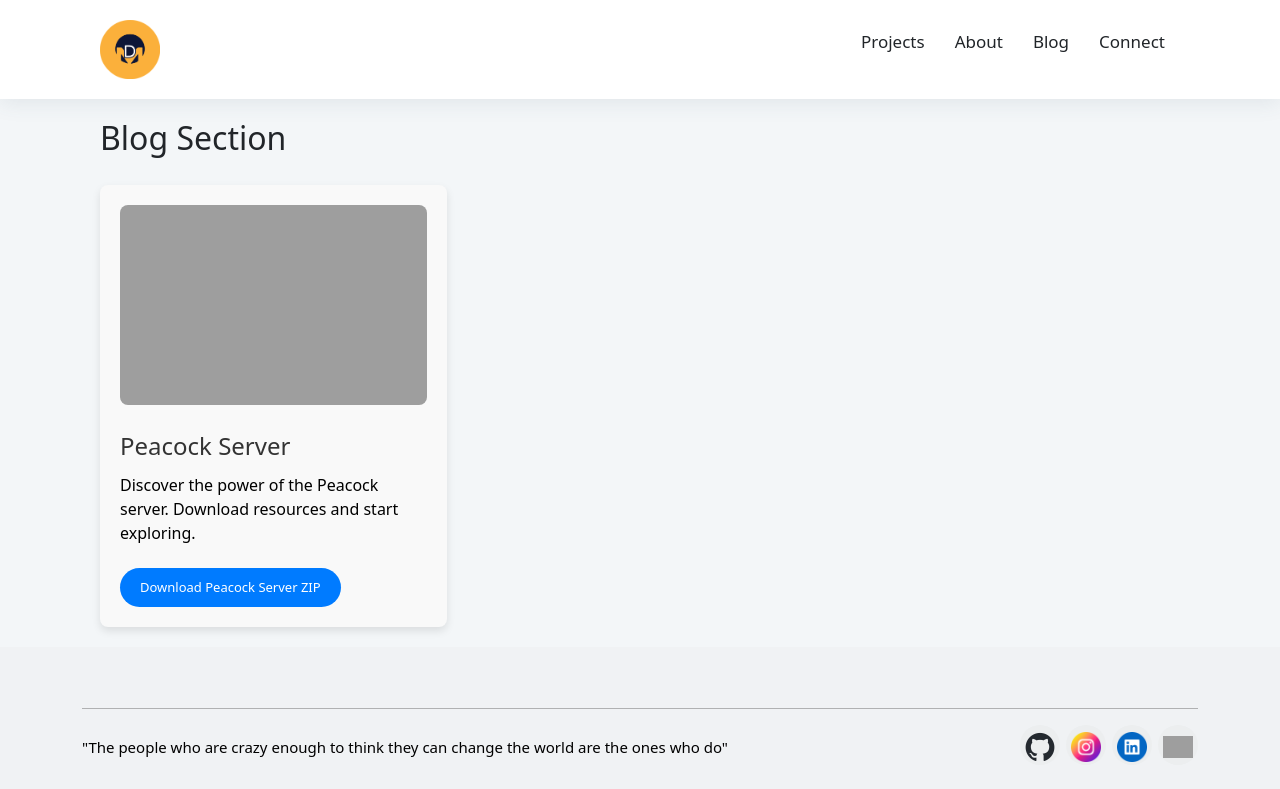
Repository: kaizoku010/firebrand
Page: /blog
An editor plug-in stored every save of this project. The page is shown before and after a run of saves, followed by the edit.
The browser window is 1280 px wide. The pictures show the whole page.
Pictures or frames that could not be fetched are drawn as grey boxes. The project was rebuilt for these pictures with package versions that can differ from the ones it lists, and the page was loaded fresh each time. Also part of the build but not shown: vite.config.js, src/update/homescreen.js, src/update/about.css, src/components/chips.css, src/components/chips.js, src/update/about.js, src/dataPoint/AllProjects.js, src/update/appsPage.js and 2 more.

Above is the page before, as saved 2024-11-11 11:56:07.

### public/index.html
<!DOCTYPE html>
<html lang="en">
  <head>
    <meta charset="utf-8" />
    <link rel="icon" href="%PUBLIC_URL%/logo.ico" />
    <meta name="viewport" content="width=device-width, initial-scale=1" />
    <meta name="theme-color" content="#000000" />
    <meta
      name="description"
      content="Welcome to Firebrand, Home of Dixon Muneza"
    />
    <link rel="apple-touch-icon" href="%PUBLIC_URL%/logo.png" />
    <!--
      manifest.json provides metadata used when your web app is installed on a
      user's mobile device or desktop. See https://developers.google.com/web/fundamentals/web-app-manifest/
    -->
    <link rel="manifest" href="%PUBLIC_URL%/manifest.json" />
    <!--
      Notice the use of %PUBLIC_URL% in the tags above.
      It will be replaced with the URL of the `public` folder during the build.
      Only files inside the `public` folder can be referenced from the HTML.

      Unlike "/favicon.ico" or "favicon.ico", "%PUBLIC_URL%/favicon.ico" will
      work correctly both with client-side routing and a non-root public URL.
      Learn how to configure a non-root public URL by running `npm run build`.
    -->
    <title>Dixon Muneza</title>
    <!-- Global site tag (gtag.js) - Google Analytics -->
<script async src="https://www.googletagmanager.com/gtag/js?id=G-C8GX9VTJ6W"></script>
<script>
  window.dataLayer = window.dataLayer || [];
  function gtag(){dataLayer.push(arguments);}
  gtag('js', new Date());

  gtag('config', 'G-C8GX9VTJ6W');
</script>
  </head>
  <body>
    <noscript>You need to enable JavaScript to run this app.</noscript>
    <div id="root"></div>
    <!--
      This HTML file is a template.
      If you open it directly in the browser, you will see an empty page.

      You can add webfonts, meta tags, or analytics to this file.
      The build step will place the bundled scripts into the <body> tag.

      To begin the development, run `npm start` or `yarn start`.
      To create a production bundle, use `npm run build` or `yarn build`.
    -->
  </body>
</html>

### src/App.js
import React from 'react'
import 'bootstrap/dist/css/bootstrap.css'
import './App.css'
import { BrowserRouter as Router, Routes, Route } from 'react-router-dom'
import Header from './update/header.js'
import HomeScreen from '././update/homescreen.js'
import AboutDixon from '././update/about.js'
import AppPage from './update/appsPage.js'
import Blog from './update/blog.js'
import Footer from '././update/footer.js'
import Connect from './update/connect'


function App () {
  return (
    <Router>
      <div className=''>
      <Header/>
      <Routes>

       <Route path='/' element={<HomeScreen />} />
          <Route path="/apps" element={<AppPage />} />
          <Route path="/about" element={<AboutDixon />} />
          <Route path="/blog" element={<Blog />} />
          <Route path="/connect" element={<Connect />} />

     </Routes>
        <Footer/>
      </div>

    </Router>
  )
}

export default App

### src/App.css
body {
  -webkit-font-smoothing: antialiased;
  background-color: #f3f6f8;
  margin-top: 0px;
  font-family:  ui-sans-serif,system-ui,-apple-system,BlinkMacSystemFont,Segoe UI,Roboto,Helvetica Neue,Arial,Noto Sans,sans-serif,apple color emoji,segoe ui emoji,Segoe UI Symbol,noto color emoji;
;
}

.content{
display: none !important;
}

a {
  text-decoration: none;
  color: #5747ff !important;
}

@media only screen and (max-width: 900px) {
  .holder__ {
    text-align: center;
    padding: 20px;
  }
}

.thumb-lg {
  height: 88px;
  width: 88px;
}
.profile-user-box {
  position: relative;
  border-radius: 5px;
}
.bg-custom {
  /*background-color: #02c0ce !important;  */
  background-color: #02191b !important;
  /* 02191b */
}
.profile-user-box {
  position: relative;
  border-radius: 5px;
}

.card-box {
  padding: 20px;
  position: sticky;
  border-radius: 3px;
  margin-bottom: 30px;
  z-index: 1;
  top: 0;
  background-color: #fff;
}
.inbox-widget .inbox-item img {
  width: 40px;
}

.inbox-widget .inbox-item {
  border-bottom: 1px solid #f3f6f8;
  overflow: hidden;
  padding: 10px 0;
  position: relative;
}

.inbox-widget .inbox-item .inbox-item-img {
  display: block;
  float: left;
  margin-right: 15px;
  width: 40px;
}

.inbox-widget .inbox-item img {
  width: 40px;
}

.inbox-widget .inbox-item .inbox-item-author {
  color: #313a46;
  display: block;
  margin: 0;
}

.inbox-widget .inbox-item .inbox-item-text {
  color: #98a6ad;
  display: block;
  font-size: 14px;
  margin: 0;
}

.inbox-widget .inbox-item .inbox-item-date {
  color: #98a6ad;
  font-size: 11px;
  position: absolute;
  right: 7px;
  top: 12px;
}

.comment-list .comment-box-item {
  position: relative;
}

.comment-list .comment-box-item .commnet-item-date {
  color: #98a6ad;
  font-size: 11px;
  position: absolute;
  right: 7px;
  top: 2px;
}

.comment-list .comment-box-item .commnet-item-msg {
  color: #313a46;
  display: block;
  margin: 10px 0;
  font-weight: 400;
  font-size: 15px;
  line-height: 24px;
}

.comment-list .comment-box-item .commnet-item-user {
  color: #98a6ad;
  display: block;
  font-size: 14px;
  margin: 0;
}

.comment-list a + a {
  margin-top: 15px;
  display: block;
}

.ribbon-box .ribbon-primary {
  background: #2d7bf4;
}

.ribbon-box .ribbon {
  position: relative;
  float: left;
  clear: both;
  padding: 5px 12px 5px 12px;
  margin-left: -30px;
  margin-bottom: 15px;
  font-family: Rubik, sans-serif;
  -webkit-box-shadow: 2px 5px 10px rgba(49, 58, 70, 0.15);
  -o-box-shadow: 2px 5px 10px rgba(49, 58, 70, 0.15);
  box-shadow: 2px 5px 10px rgba(49, 58, 70, 0.15);
  color: #fff;
  font-size: 13px;
}
.text-custom {
  color: #949797 !important;
}

.badge-custom {
  background: #02c0ce;
  color: #fff;
}
.badge {
  font-family: Rubik, sans-serif;
  -webkit-box-shadow: 0 0 24px 0 rgba(0, 0, 0, 0.06),
    0 1px 0 0 rgba(0, 0, 0, 0.02);
  box-shadow: 0 0 24px 0 rgba(0, 0, 0, 0.06), 0 1px 0 0 rgba(0, 0, 0, 0.02);
  padding: 0.35em 0.5em;
  font-weight: 500;
}
.text-muted {
  color: #98a6ad !important;
}
project_list
.font-13 {
  font-size: 13px !important;
}

.fire-text {
  text-align: justify;
}

@media screen and (max-width: 800px) {
  .card-box {
    padding: 20px !important;
    position: sticky;
    border-radius: 3px;
    margin-bottom: 30px;
    z-index: 1;
    top: 0;
    background-color: #fff;
  }
}


.main-color{
  color: #fbb03b;
}

### src/update/header.js
import React from 'react'
import "./header.css"
import Logo from "../img/logo.png"
import Email from "../img/email.png"
import { Link } from "react-router-dom";

function header() {
  return (
      <header class="header">
    <nav>
    <div class="logo">
          <a class="name_logo" href="index.html">Muneza.<span>Dixon</span></a>
        <Link to="/">  <img class="fireband-logo" src={ Logo} /></Link>
    </div>
    <input type="checkbox" id="menu-toggle"/>
    <label for="menu-toggle" class="menu-icon">&#9776;</label>
    <ul class="menu">
      <li><Link to={"apps"}>Projects</Link></li>
      <li><Link to={"about"} href="#">About</Link></li>
      <li><Link to={"blog"}>Blog</Link></li>
      <li><a href={"connect"}>Connect</a></li>
    </ul>
  </nav>
</header>
  )
}
// #9f0009 reds
export default header

### src/update/blog.js
import React from 'react';
import '../update/blog.css';
import PP from "../img/pp.png";

function Blog() {
  // Mock data for blog items
  const blogs = [
    { id: 1, title: 'Peacock Server', description: 'Discover the power of the Peacock server. Download resources and start exploring.' },
  ];

  // Download handler for the main blog item
  const handleDownload = () => {
    const fileUrl = '/resources/peacock-server.zip'; // Adjust the path as needed
    window.location.href = fileUrl;
  };

  return (


    <div className='blog-page'>
          <h2 className='blog-title'>Blog Section</h2>

         <div className="blog-grid">
      {blogs.map((blog) => (
        <div key={blog.id} className="blog-item">

          {blog.id === 1 && <img src={PP} alt="Peacock Server" className="blog-item-image" />}
          <h2 className="blog-item-title">{blog.title}</h2>
          <p className="blog-item-description">{blog.description}</p>
          {blog.id === 1 && (
            <button className="download-button-2" onClick={handleDownload}>
              Download Peacock Server ZIP
            </button>
          )}
        </div>
      ))}
    </div>
    </div>
  );
}

export default Blog;

### src/update/footer.js
import React from 'react'
import "./footer.css"
// import { FontAwesomeIcon } from '@fortawesome/react-fontawesome'
import CodeIc from "../img/github-mark.png"
import IG from "../img/instagram.png"
import DeviantArt from "../img/deviantart.png"
import LinkedIn from "../img/linked.png"
// import { faInstagram } from '@fortawesome/free-brands-svg-icons'

function footer() {
  return (
    <footer class="site-footer">
      <div class="container">
        <hr/>
      </div>
      <div class="container">
        <div class="row">
          <div class="col-md-8 col-sm-6 col-xs-12">
            <p class="copyright-text">"The people who are crazy enough to think they can change the world are the ones who do"
            </p>
          </div>

          <div class="col-md-4 col-sm-6 col-xs-12">
            <ul class="social-icons">
            <li><a   target='_blank' class="facebook" href="https://github.com/kaizoku010"><img  class="facebook"   src={CodeIc} /></a></li>
              <li><a target='_blank' class="facebook" href="https://www.instagram.com/ug.firebrand/"><img class="facebook" src={IG} /></a></li>
              <li><a   target='_blank' class="facebook" href="https://www.linkedin.com/in/dixon-muneza-a0a1b510a"><img  class="facebook"  src={LinkedIn} /></a></li>
              <li><a   target='_blank' class="facebook" href="https://www.deviantart.com/imfaceless"><img  class="facebook"  src={DeviantArt} /></a></li>
              </ul>
          </div>
        </div>
      </div>
</footer>
  )
}

export default footer

### src/update/header.css
header_div {
    padding: 0;
    margin: 0;
    box-sizing: border-box;
    font-family: sans-serif;
    text-decoration: none;
    list-style: none;
  }


  .name_logo{
    display:none;
  }

  .header {
    position: sticky;
    top: 0;
    grid-area: header;
    width: 100%;
    box-shadow: 0 4px 20px hsla(207, 24%, 35%, 0.1);
    background-color: white;
    z-index: 2;
  }

  .email-ic{
    width:38px;
  }

  nav {
    display: flex;
    justify-content: space-between;
    align-items: center;
    padding: 20px 100px;
  }

  .logo a {
    font-size: 24px;
    font-weight: bold;
    color: #fff;
  }

  .logo a span {
    color: #8739fa;
  }


  .menu {
    display: flex;
    list-style:none;
    justify-content: center;
    align-items: center;
  }

  .menu a {
    display: block;
    padding: 7px 15px;
    font-size: 17px;
    font-weight: 500;
    transition: 0.2s all ease-in-out;
    color: #fff;
  }

  .menu:hover a {
    opacity: 0.4;
  }

  .menu a:hover {
    opacity: 1;
    color: #fff;
  }

  .menu-icon {
    display: none;
  }

  #menu-toggle {
    display: none;
  }

  #menu-toggle:checked ~ .menu {
    transform: scale(1, 1);
  }

  @media only screen and (max-width: 950px) {
    .menu {
      flex-direction: column;
      background-color: white;
      align-items: start;
      position: absolute;
      top: 82px;
      left: 0;
      width: 100%;
      z-index: 1;
      padding-left: 10px;
      transform: scale(1, 0);
      transform-origin: top;
      transition: transform 0.3s ease-in-out;
      box-shadow: rgba(0, 0, 0, 0.15) 1.95px 1.95px 2.6px;
    }

    nav {
      display: flex;
      justify-content: space-between;
      align-items: center;
      padding: 18px 30px;
  }

    .name_logo{
        display:none;
      }

    .menu a {
      margin-left: 12px;
    }

    .menu li {
      margin-bottom: 10px;
    }

    .menu-icon {
      display: block;
      color: black;
      font-size: 28px;
      cursor: pointer;
    }
    /* my logo */

  .fireband-logo{
    width: 50px !important;

  }
  }



  .fireband-logo{
    width: 60px;
  }


  .header a {
    color:#212529 !important
      }
    .header a:hover {
        color:#fbb03b !important;
    }

### src/update/homescreen.css
.homepage{
    /* margin-top: 50px; */
    display: flex;
    place-content: center;
    height: 100vh;
    align-items: center;
    position: relative;

    min-height: 500px;
}

.main-content{
    text-align: center;
    display: flex;
    flex-direction: column;
}

#userImage{
    border-radius: 50% !important;
    align-self: center;
    margin-bottom: 10px;
    width: 60%;
}

.userName{
    letter-spacing: -.05em;
    font-size: 2.5rem;
    text-align: center;
    background: -webkit-radial-gradient(#030303, #010001);
    -webkit-background-clip: text;
    background-clip: text;
    -webkit-text-fill-color: transparent;
    line-height: 1;
    font-weight: 700;
    white-space: nowrap;
}

.userRole{
    max-width: 48rem;
    font-size: 20px;
    font-weight: 100;
    margin-left: auto;
    letter-spacing: -.025em;
    color: rgb(17 24 39 / var(50%));
    text-align: center;
    margin-right: auto;
}

.site-holder{
    padding-left: 1.5rem;
    flex-wrap: nowrap;
    padding-right: 1.5rem;
    gap: 1.5rem;
    margin-top: 0.5rem;
    margin-bottom: 0.5rem;
    justify-content: center;
    display: flex;
    flex-direction: row;
}

#btn-projects{
    color: rgb(255 255 255 / var(10%));
    padding-top: 0.75rem;
    background-color: #fbb03b;
    padding-bottom: 0.75rem;
    opacity: 1;
    line-height: 1.375;
    color: black;
    font-weight: 500;
    border-radius: 2.5rem;
    border-color: #fbb03b45;
    padding-left: 2rem;
    padding-right: 2rem;
}

#btn-projects:hover{
    background-color: #efa123;

}


.project-ic{
    height:26px;
    padding-right: 5px;

    padding-left: 5px;
    margin-bottom: 5px !important;
}

#btn-code{
background-color:  rgb(17 24 39);
color: rgb(255 255 255 / var(10%));
padding-top: 0.75rem;
padding-bottom: 0.75rem;
opacity: 1;
line-height: 1.375;
color: white;
font-weight: 500;
border-radius: 2.5rem;
border-color: #fbb03b45;
padding-left: 2rem;
padding-right: 2rem;
}

#btn-code:hover{
    background-color: rgb(71, 74, 81);

}

@media only screen and (max-width: 950px) {
    .homepage {
        display: flex;
        place-content: center;
        height: 100%;
        align-items: center;
        position: relative;
    }

    .site-footer {
        position: relative;
        background-color: #f0f2f4e4;
        padding: 0px 0 20px !important;
        font-size: 15px;
        line-height: 24px;
        color: #737373;
    }
}

### src/update/appsPage.css
.appsHolder {
  background-color: #e3ecf6 !important;
  padding-right: 1.5em;
  padding-left: 1.5em;
}

.appsHeading {
  text-align: center;
  font-size: 3.75em;
  line-height: 1;
  margin-bottom: 4rem;
  font-weight: 700;
  letter-spacing: -0.05em !important;
  padding: 50px;
}

.sites-holder {
  place-content: center !important;
}

.apps-span {
  color: #fbb03b;
}

.sites {
  display: flex;
  gap: 50px;
  place-content: center !important;
}

.top-element:hover {
  box-shadow: 0 4px 8px 0 rgba(0, 0, 0, 0.2), 0 4px 20px 0 rgba(0, 0, 0, 0);
  transition: 0.75rem;
}

.top-element {
  cursor: pointer;
  width: -moz-fit-content;
  width: fit-content;
  background-color: white;
  display: flex;
  padding: 30px;
  height: 100%;
  border-radius: 10px;
  align-items: center;
  flex-direction: row;
}

.site-title {
  font-size: 1.875rem;
  line-height: 2.25rem;
  color: black;
  font-weight: 700;
  margin-bottom: 0.125rem;
}

.site-title:hover {
  color: #f2b44d;
}
.site-logo {
  width: 100px;
  align-self: center;
  height: 100px;
  border-radius: 0px;
}
.site-text-holder {
  display: flex;
  padding-left: 20px;
  flex-direction: column;
}
.site-desc {
  font-size: 1.24rem;
  font-weight: 400;
  color:black !important;
  line-height: 1.75rem;
}
.chip{
  background-color: rgb(127 255 127 / 56%) !important;
}
.chip-layout {
  display: flex;
  gap: 12px;
}
.sites-list {
  display: grid;
  grid-template-columns: repeat(2, auto);
  grid-template-rows: auto;
  padding: 1%;
  gap: 20px;
  list-style-type: none;
  margin: .5rem !important;
  height: -webkit-max-content;
  height: max-content;
}
/* mobile view */
@media only screen and (max-width: 950px) {
  .sites-list {
    display: grid;
    grid-template-columns: repeat(1, auto);
    grid-template-rows: auto;
    padding: 1%;
    gap: 10px;
    list-style-type: none;
    margin: 1rem;
    height: -webkit-max-content;
    height: max-content;
  }
  .site-title:hover {
    color: #f2b44d;
  }
  .site-desc {
    font-size: 1.1rem !important;
    font-weight: 400;
    color: black !important;
    line-height: 1.5rem;
    margin-bottom: 8%;


}

.chip {
  padding: 5px 10px;
  border-radius: 50px;
  margin-bottom: 4% !important;
  display: inline-block;
  color: white;
}

  .appsHolder {
    background-color: #e3ecf6 !important;
    padding-right: 0.5em;
    padding-left: 0.5em;
  }

  .site-logo {
    /* width: 100%; */
    align-self: center;
    margin-left: 20px !important;
    height: 20%;
    border-radius: 0px;
  }

  .appsHeading {
    text-align: center !important;
    font-size: 3em !important;
    line-height: 1;
    padding: 10% !important;
    margin-bottom: 0rem !important;
    font-weight: 700;
    letter-spacing: -0.05em !important;
    padding: 8px;
}

  .top-element {
    cursor: pointer;
    width: -moz-fit-content;
    width: fit-content;
    height: fit-content;
    display: block !important;
    background-color: white;
    padding: 5px;
    border-radius: 10px;
    flex-direction: row;
  }
}

.link-list {
  color: black;
  text-decoration: none !important;
}

a{
  color: black;
  text-decoration: none !important;
}

p{
  color: black !important;
}

### src/update/blog.css
.blog-holder{
height:100vh;

}

.blog-page{
    display: flex;
    align-items: left;
    flex-direction: column;
    padding: 20px 100px;

}

.blog-title{

}

.blog-grid {
    display: grid;
    grid-template-columns: repeat(3, 1fr);
    gap: 20px;
padding-top: 20px;
}

  .blog-item {
    background-color: #f9f9f9;
    padding: 20px;
    border-radius: 8px;
    box-shadow: 0 4px 8px rgba(0, 0, 0, 0.1);
    text-align: center;
  }

  .blog-item-title {
    font-size: 1.5em;
    margin: 0.5em 0;
    text-align: left;
    color: #333;
  }

  .blog-item-description {
    font-size: 1em;
    text-align: left;

    color: #666;
    margin: 0.5em 0;
  }

  .download-button-2 {
    margin-top: 15px;
    padding: 10px 20px;
    align-self: self-start;
    color: white;
    background-color: #007bff;
    border: none;
    border-radius: 20px;
    float: left;
    font-size: small;
    cursor: pointer;
  }

  .download-button:hover {
    background-color: #0056b3;
  }

  @media (max-width: 768px) {
    .blog-grid {
      grid-template-columns: repeat(2, 1fr);
    }
  }

  @media (max-width: 480px) {
    .blog-grid {
      grid-template-columns: 1fr;
    }
  }


.blog-container{
text-align: center;
border: 0px solid;
position: absolute;
top: 50%;
left: 50%;
transform: translate(-50%, -50%);
padding: 10px;
width: -moz-fit-content;
width: fit-content;
/* margin: 100px 300px 100px 300px; */
}

.coming-soon-title{
font-weight: 900;
text-align: left !important;
font-size: 5em;
}

.soon-span{
    color: #fbb03b;
}

.coming-soon-text{
    text-align: left !important;
}

.blog-image-holder{
width: -moz-fit-content;
width: fit-content;
}

.blog-item-image {
    width: 100%;
    height: auto;
    max-height: 200px;
    margin-bottom: 15px;
    border-radius: 8px;
    object-fit: cover;
  }


.blog-image{

    height:300px;
}

/* mobile view */
@media only screen and (max-width: 950px) {
    .blog-container {
        text-align: center;
        border: 0px solid;
        position: absolute;
        top: 63%;
        left: 50%;
        transform: translate(-50%, -50%);

        width: -moz-fit-content;
        width: fit-content;

    }


.coming-soon-title{
    line-height:0.8;
    font-weight: 900;
    text-align: left !important;
    font-size: 5em;
    }
    }

### src/update/footer.css
.site-footer
{
  position: relative;
  background-color:#f0f2f4e4;
  padding:45px 0 20px;
  font-size:15px;
  line-height:24px;
  color:#737373;
}

.row{
  align-items: center !important;
}

.facebook{
    width: 30px;
}
.site-footer hr
{
  border-top-color:#bbb;
  opacity:0.5
}
.site-footer hr.small
{
  margin:20px 0
}
.site-footer h6
{
  color:#fff;
  font-size:16px;
  text-transform:uppercase;
  margin-top:5px;
  letter-spacing:2px
}
.site-footer a
{
  color:#737373;
}
.site-footer a:hover
{
  color:#3366cc;
  text-decoration:none;
}
.footer-links
{
  padding-left:0;
  list-style:none
}
.footer-links li
{
  display:block
}
.footer-links a
{
  color:#737373
}
.footer-links a:active,.footer-links a:focus,.footer-links a:hover
{
  color:#3366cc;
  text-decoration:none;
}
.footer-links.inline li
{
  display:inline-block
}
.site-footer .social-icons
{
  text-align:right
}
.site-footer .social-icons a
{
  width:40px;
  height:40px;
  line-height:40px;
  margin-left:6px;
  margin-right:0;
  border-radius:100%;
}
.copyright-text
{
  margin:0
}
@media (max-width:991px)
{
  .site-footer [class^=col-]
  {
    margin-bottom:30px
  }
}
@media (max-width:767px)
{

  .copyright-text{
    margin:10px;
  }
  .site-footer
  {
    padding-bottom:0
  }
  .site-footer .copyright-text,.site-footer .social-icons
  {
    text-align:center
  }
}
.social-icons
{
  padding-left:0;
  margin-bottom:0;
  list-style:none
}
.social-icons li
{
  display:inline-block;
  margin-bottom:4px
}
.social-icons li.title
{
  margin-right:15px;
  text-transform:uppercase;
  color:#96a2b2;
  font-weight:700;
  font-size:13px
}
.social-icons a{
  background-color:#eceeef;
  color:#818a91;
  font-size:16px;
  display:inline-block;
  line-height:44px;
  width:44px;
  height:44px;
  text-align:center;
  margin-right:8px;
  border-radius:100%;
  -webkit-transition:all .2s linear;
  -o-transition:all .2s linear;
  transition:all .2s linear
}
.social-icons a:active,.social-icons a:focus,.social-icons a:hover
{
  color:#fff;
  background-color:#ebebeb
}
.social-icons.size-sm a
{
  line-height:34px;
  height:34px;
  width:34px;
  font-size:14px
}
.social-icons a.facebook:hover
{
  background-color:#e7e9e9
}
.social-icons a.twitter:hover
{
  background-color:#00aced
}
.social-icons a.linkedin:hover
{
  background-color:#007bb6
}
.social-icons a.dribbble:hover
{
  background-color:#ea4c89
}
@media (max-width:767px)
{
  .social-icons li.title
  {
    display:block;
    margin-right:0;
    font-weight:600
  }
}

Loaded but not shown: src/index.js (common file); src/index.css (common file); src/reportWebVitals.js (common file)

After the next 3 saves:
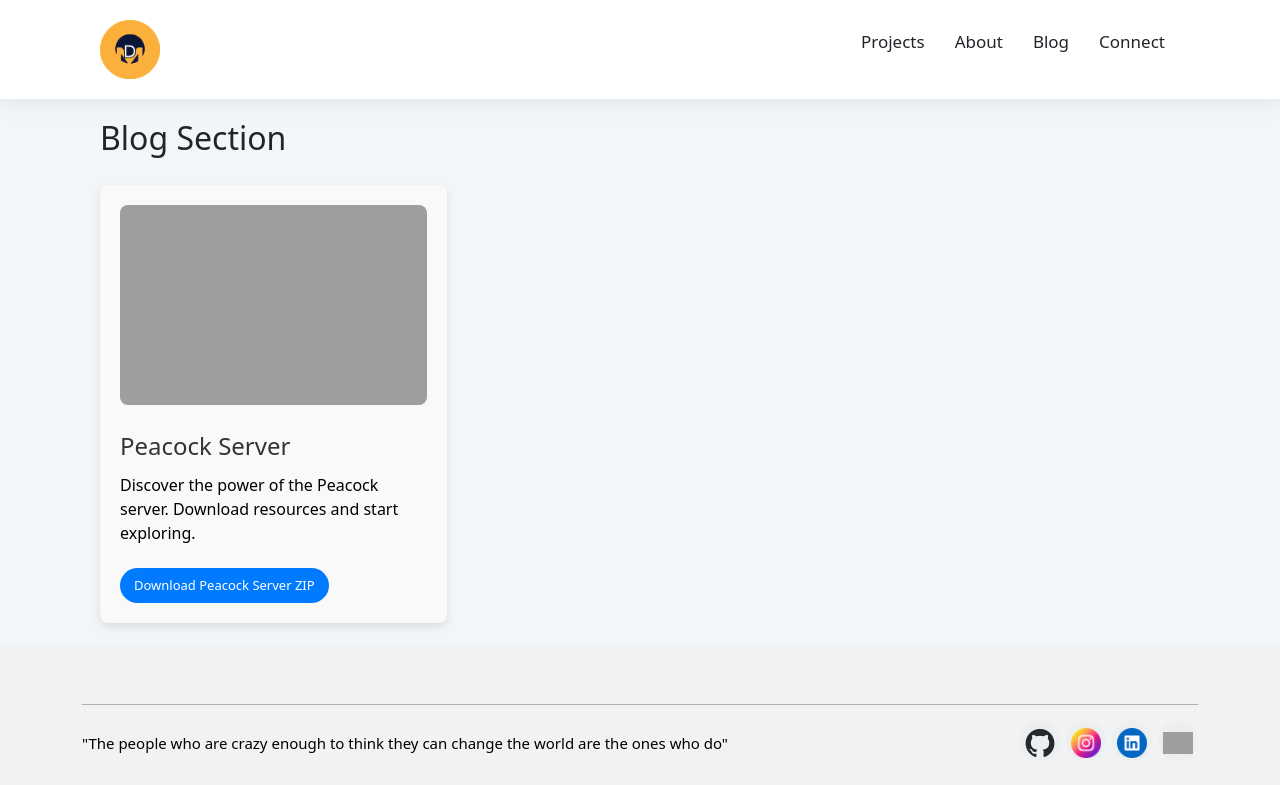
The 3 saves are shown as one change because they came seconds apart.
The last was saved 27 s later.
--- a/src/update/blog.css
+++ b/src/update/blog.css
@@ -47,15 +47,13 @@ padding-top: 20px;
 
   .download-button-2 {
     margin-top: 15px;
-    padding: 10px 20px;
-    align-self: self-start;
+    padding: 8px 14px;
     color: white;
     background-color: #007bff;
     border: none;
     border-radius: 20px;
     float: left;
     font-size: small;
-    cursor: pointer;
   }
 
   .download-button:hover {
